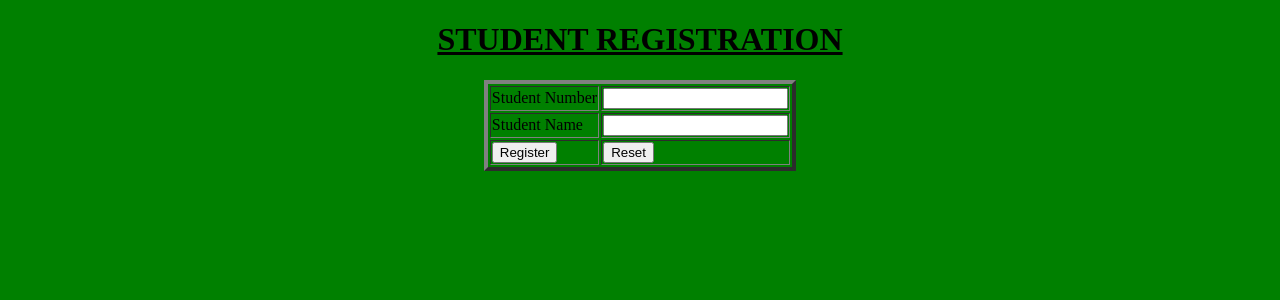
Repository: madhu124/Youtube-demo
Page: StudentRegisApp/WebContent/Register.html
These files come from the project's save history. The page is drawn as it stood at one moment and after the next save; the edit follows.
The browser window is 1280 px wide. The pictures show the whole page.

Above is the page before, as saved 2017-05-31 18:48:43.

### StudentRegisApp/WebContent/Register.html
<!DOCTYPE html>
<html>
<head>
<meta charset="ISO-8859-1">
<title>Student Registration Application</title>
</head>

<style>
body {
	background-color:green;
}

h1 {
	font-color: black
}
</style>

<body>

	<center>
		<h1>
			<u>STUDENT REGISTRATION</u>
		</h1>
	</center>
	<form action="register" method="post">
		<table border="4" align="center">
			<tr>
				<td>Student Number</td>
				<td><input type="text" name="sno"></td>
			</tr>
			<tr>
				<td>Student Name</td>

				<td><input type="text" name="sname" /></td>
			</tr>
			<tr>
				<td><input type="submit" value="Register" /></td>
				<td><input type="reset" value="Reset" /></td>
			</tr>
		</table>
	</form>
</body>
</html>

After the next save:
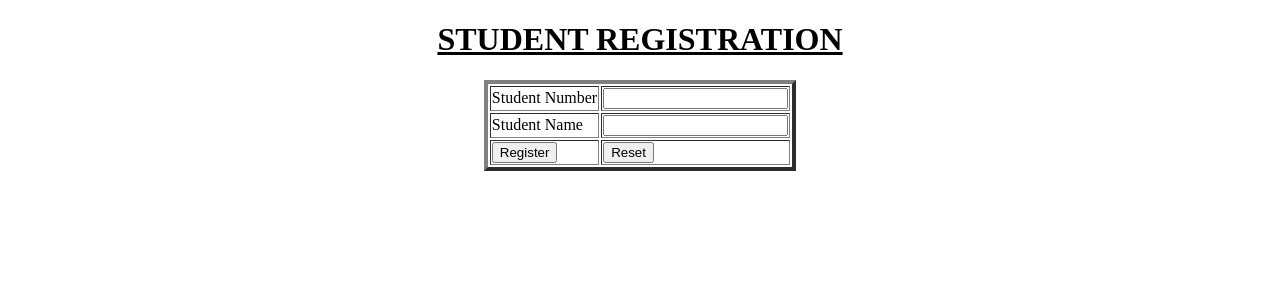
Saved 27 s later.
--- a/StudentRegisApp/WebContent/Register.html
+++ b/StudentRegisApp/WebContent/Register.html
@@ -7,7 +7,7 @@
 
 <style>
 body {
-	background-color:green;
+	background-color:white;
 }
 
 h1 {
